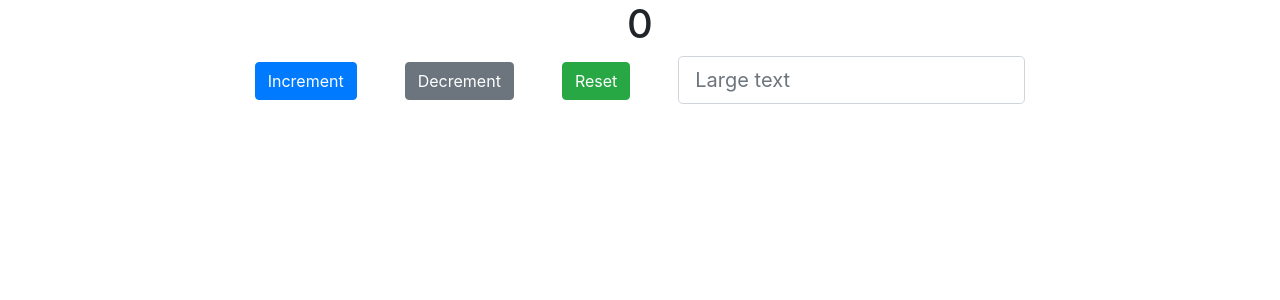
Repository: tts2610/redux-counter
Page: /
These files come from the project's save history. The page is drawn as it stood at one moment and after the next save; the edit follows.
The browser window is 1280 px wide. The pictures show the whole page.
The project was rebuilt for these pictures with package versions that can differ from the ones it lists, and the page was loaded fresh each time.

Above is the page before, as saved 2020-06-09 14:51:18.

After the next save:
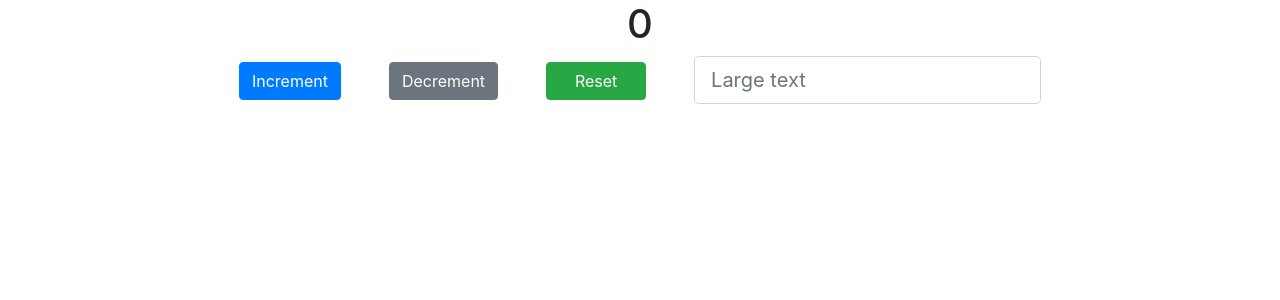
Saved 10 s later.
--- a/src/App.js
+++ b/src/App.js
@@ -30,6 +30,7 @@ function App() {
           onClick={() => dispatch({ type: "DECREMENT" })}
           variant="secondary"
           className="mr-5"
+          style={{ minWidth: "100px" }}
         >
           Decrement
         </Button>{" "}
@@ -37,6 +38,7 @@ function App() {
           onClick={() => dispatch({ type: "RESET" })}
           variant="success"
           className="mr-5"
+          style={{ minWidth: "100px" }}
         >
           Reset
         </Button>{" "}
